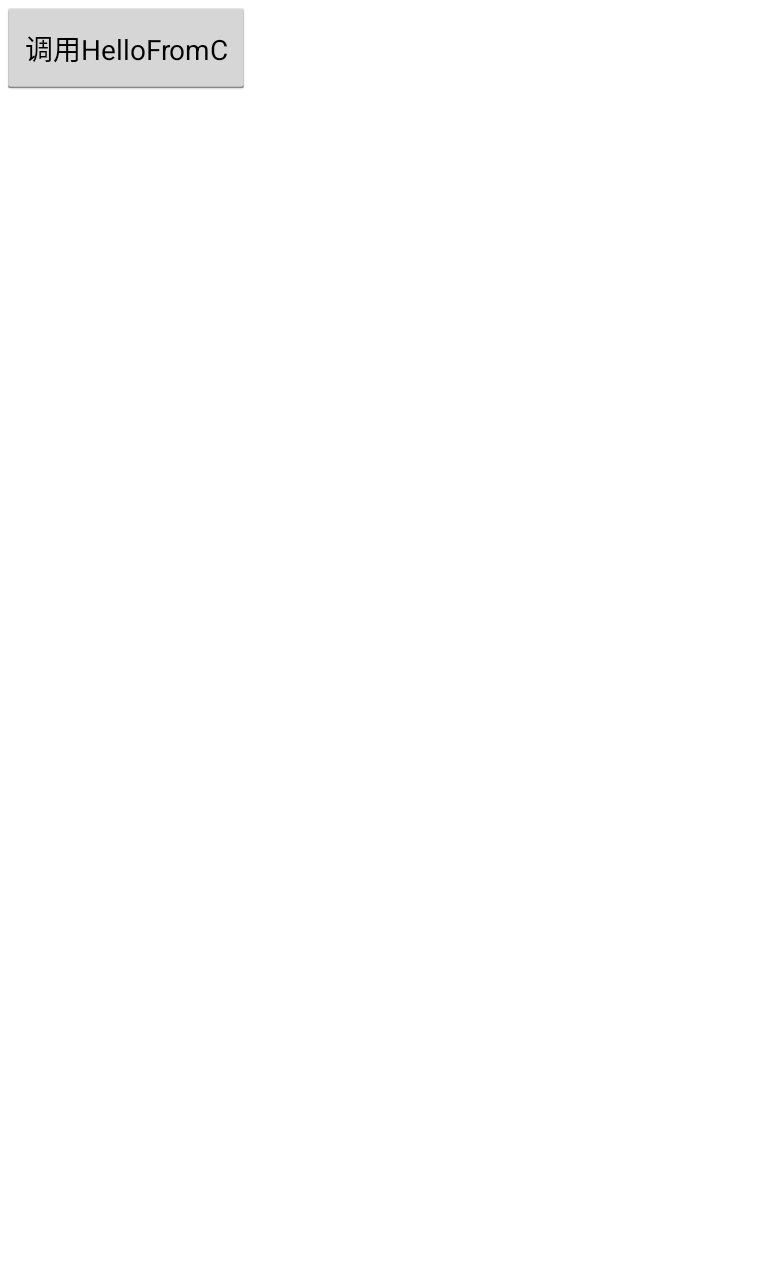
Repository: IvyZh/hm66
Layout: 黑马基础项目/res/layout/activity_jni.xml
These files come from the project's save history. The layout is drawn as it stood at one moment and after the next save; the edit follows.
It is drawn on a 768 x 1280 px phone screen (xhdpi) without system bars, with theme AppTheme; the app's code is not run.

Above is the layout before, as saved 2016-05-29 19:22:07.

After the next save:
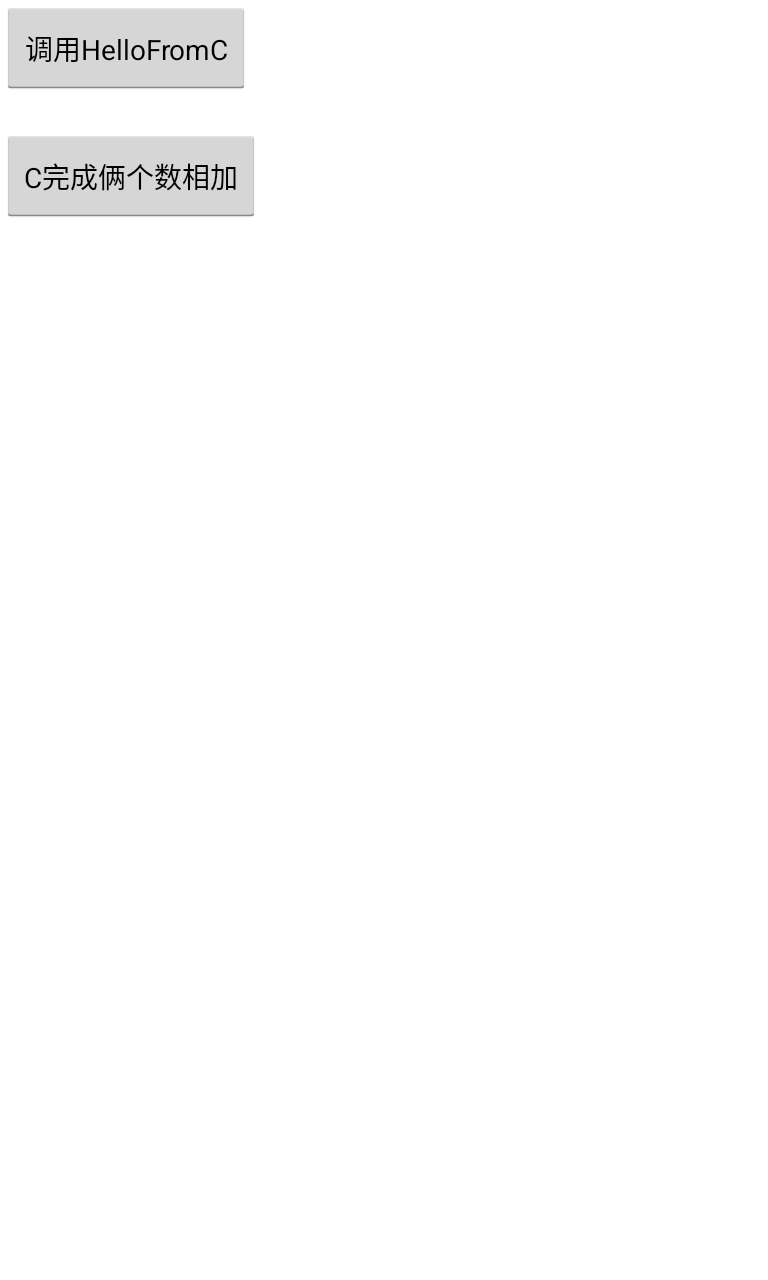
Saved 3 min 45 s later.
--- a/黑马基础项目/res/layout/activity_jni.xml
+++ b/黑马基础项目/res/layout/activity_jni.xml
@@ -14,4 +14,14 @@
         android:onClick="click1"
         android:text="调用HelloFromC" />
 
+    <Button
+        android:id="@+id/button2"
+        style="?android:attr/buttonStyleSmall"
+        android:layout_width="wrap_content"
+        android:layout_height="wrap_content"
+        android:layout_alignParentLeft="true"
+        android:layout_below="@+id/button1"
+        android:layout_marginTop="16dp"
+        android:text="C完成俩个数相加" />
+
 </RelativeLayout>
